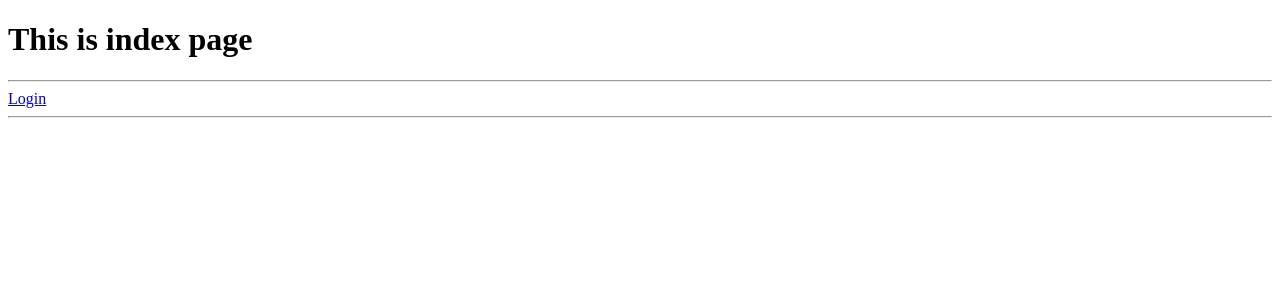
Repository: Laxman-Nath/java-internship
Page: http://localhost/Demo/
The author's editor kept a copy of each file at every save. The page is drawn from the files as they stood at one save, then again after the next save.
The browser window is 1280 px wide. The pictures show the whole page.
The page is served by Tomcat 9.

Above is the page before, as saved 2024-09-01 10:13:36.

After the next save:
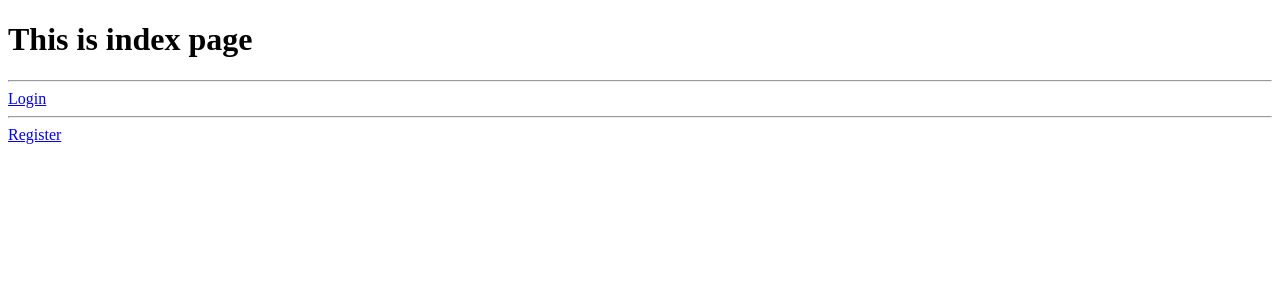
Saved 20 s later.
--- a/Servlet_JSP/Demo/src/main/webapp/index.jsp
+++ b/Servlet_JSP/Demo/src/main/webapp/index.jsp
@@ -11,5 +11,6 @@
 <hr>
 <a href="login.jsp">Login</a>
 <hr>
+<a href="Register.jsp">Register</a>
 </body>
 </html>
